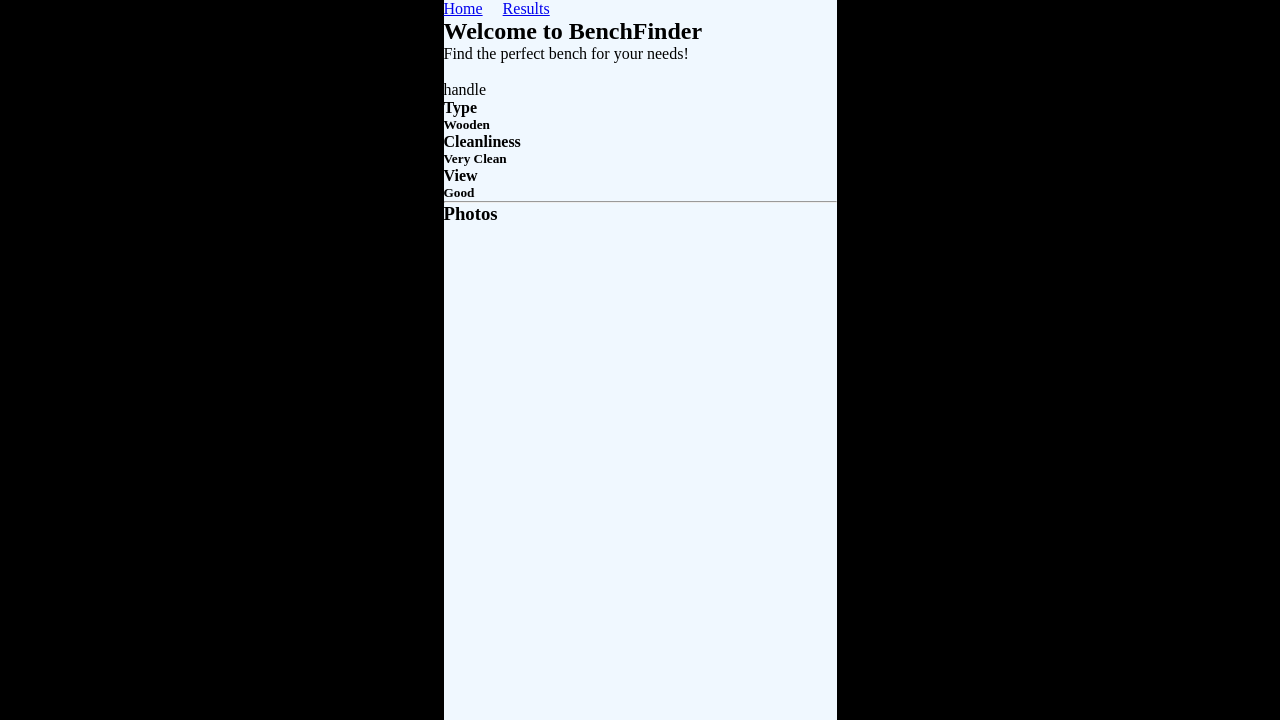
Repository: HidayatPatil/BenchFinder
Page: /
The author's editor kept a copy of each file at every save. The page is drawn from the files as they stood at one save, then again after the next save.
The browser window is 1280 px wide. The pictures show the whole page.
The project was rebuilt for these pictures with package versions that can differ from the ones it lists, and the page was loaded fresh each time. Also part of the build but not shown: vite.config.js, src/Results.jsx.

Above is the page before, as saved 2025-10-09 18:29:50.

After the next save:
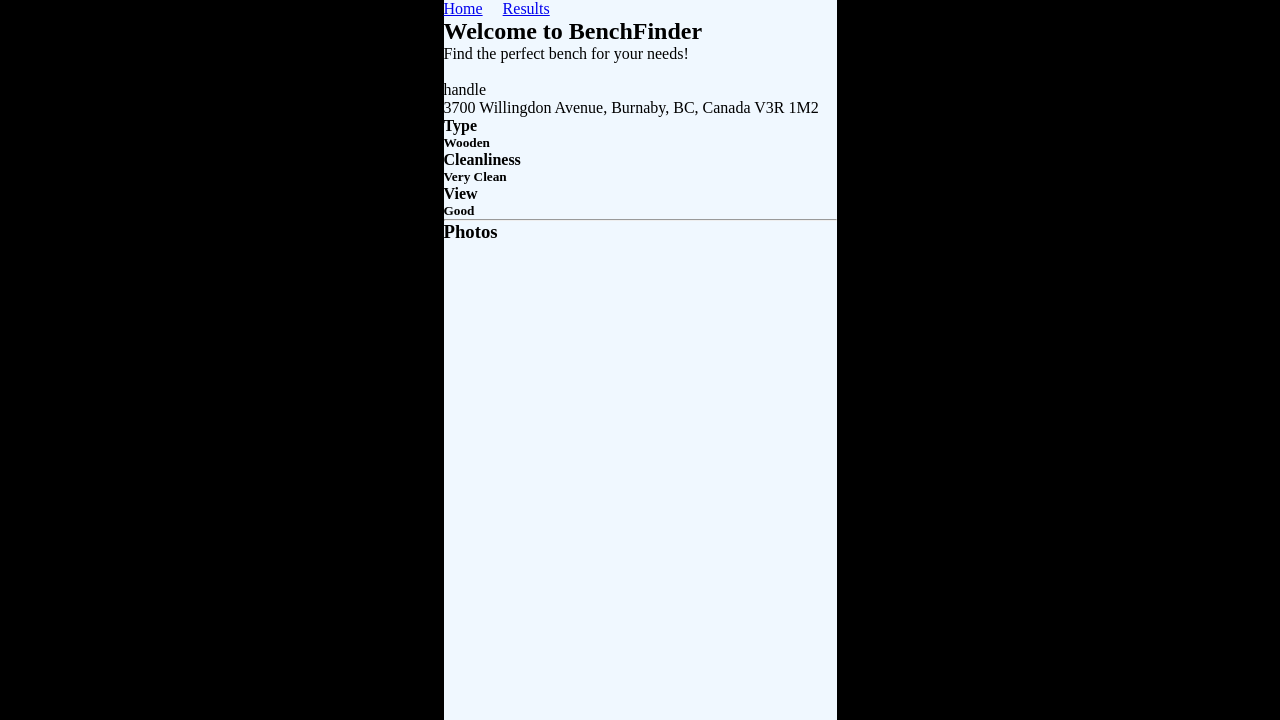
Saved 32 s later.
--- a/src/components/contentDrawer.jsx
+++ b/src/components/contentDrawer.jsx
@@ -1,40 +1,42 @@
-export default function ContentDrawer(){
-    return(
-        <div className="drawer_container">
-            <div className="drawer_handle">handle</div>
-            <div className="bench_data">
-                <div className="data_metadata">
-                    <div className="metadata_name_options"></div>
-                    <div className="metadata_tags_rating"></div>
-                    <div className="metadata_address"></div>
-                </div>
-                <div className="data_bench_overview">
-                    <div className="bench_type">
-                        <h4 className="overview_title">Type</h4>
-                        <h5 className="overview_content">Wooden</h5>
-                    </div>
-                    <div className="bench_cleanliness">
-                        <h4 className="overview_title">Cleanliness</h4>
-                        <h5 className="overview_content">Very Clean</h5>
-                    </div>
-                    <div className="bench_view">
-                        <h4 className="overview_title">View</h4>
-                        <h5 className="overview_content">Good</h5>
-                    </div>
-                </div>
-            </div>
-            <hr />
-            <div className="bench_photos">
-                <div className="photos_heading">
-                    <h3>Photos</h3>
-                    {/* <img "add plus icon" />  */}
-                </div>
-                <div className="photos_gallery">
-                    <div className="gallery_image"></div>
-                    <div className="gallery_image"></div>
-                    <div className="gallery_image"></div>
-                </div>
-            </div>
+export default function ContentDrawer() {
+  return (
+    <div className="drawer_container">
+      <div className="drawer_handle">handle</div>
+      <div className="bench_data">
+        <div className="data_metadata">
+          <div className="metadata_name_options"></div>
+          <div className="metadata_tags_rating"></div>
+          <div className="metadata_address">
+            3700 Willingdon Avenue, Burnaby, BC, Canada V3R 1M2
+          </div>
         </div>
-    )
+        <div className="data_bench_overview">
+          <div className="bench_type">
+            <h4 className="overview_title">Type</h4>
+            <h5 className="overview_content">Wooden</h5>
+          </div>
+          <div className="bench_cleanliness">
+            <h4 className="overview_title">Cleanliness</h4>
+            <h5 className="overview_content">Very Clean</h5>
+          </div>
+          <div className="bench_view">
+            <h4 className="overview_title">View</h4>
+            <h5 className="overview_content">Good</h5>
+          </div>
+        </div>
+      </div>
+      <hr />
+      <div className="bench_photos">
+        <div className="photos_heading">
+          <h3>Photos</h3>
+          {/* <img "add plus icon" />  */}
+        </div>
+        <div className="photos_gallery">
+          <div className="gallery_image"></div>
+          <div className="gallery_image"></div>
+          <div className="gallery_image"></div>
+        </div>
+      </div>
+    </div>
+  );
 }
